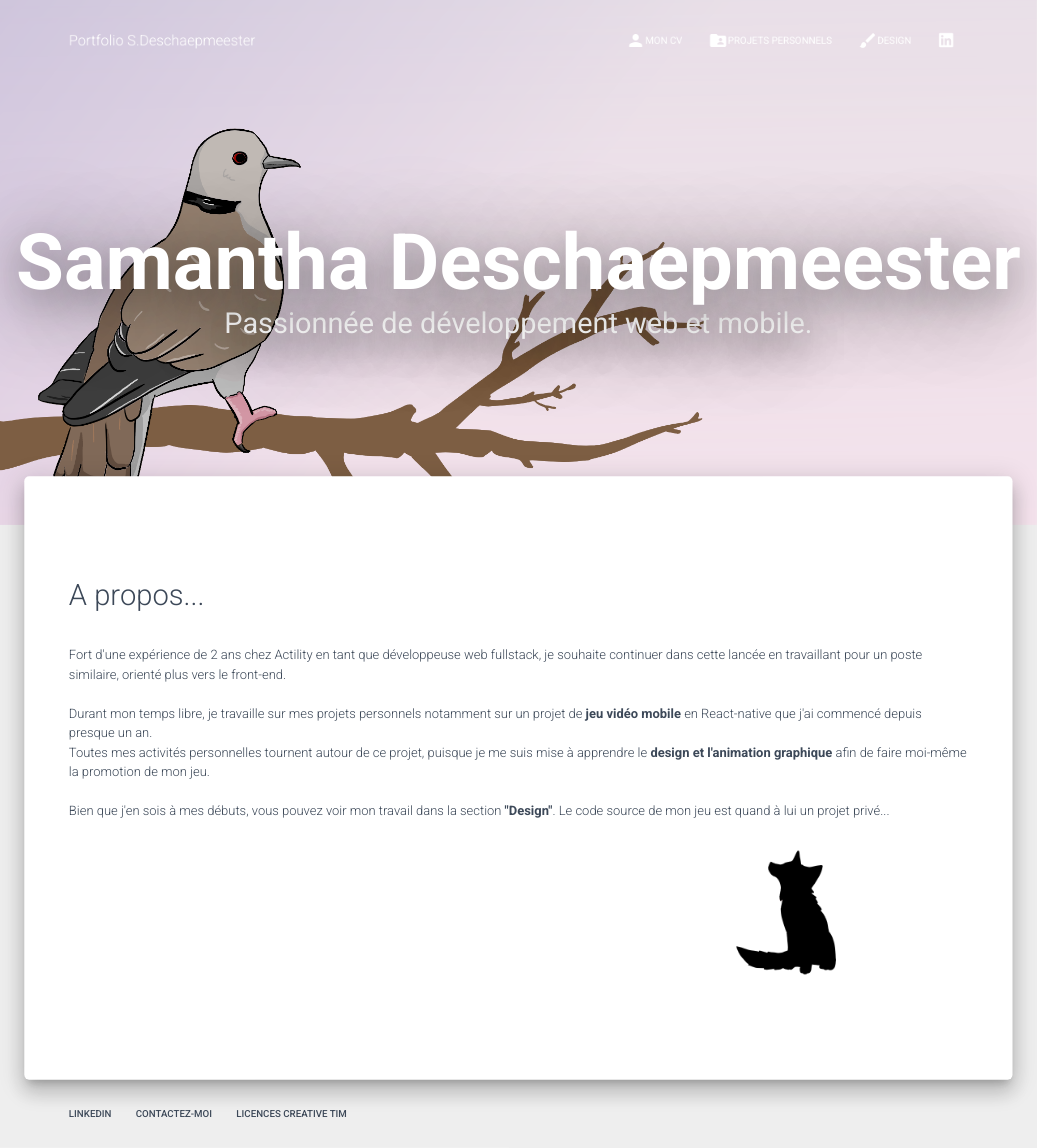
Repository: sdeschaepmeester/NewPortfolio
Page: /
An editor plug-in stored every save of this project. The page is shown before and after a run of saves, followed by the edit.
The browser window is 1280 px wide. The pictures show the whole page, at 81% of full size.
Some web libraries are served in a nearby version. The project was rebuilt for these pictures with package versions that can differ from the ones it lists, and the page was loaded fresh each time. Also part of the build but not shown: vue.config.js, src/views/components/NavigationSection.vue, src/views/components/SmallNavigationSection.vue, src/components/Dropdown.vue, src/components/Pagination.vue, src/components/Slider.vue, src/components/Badge.vue, src/components/cards/NavTabsCard.vue and 11 more.

Above is the page before, as saved 2022-07-06 10:59:08.

After the next 2 saves:
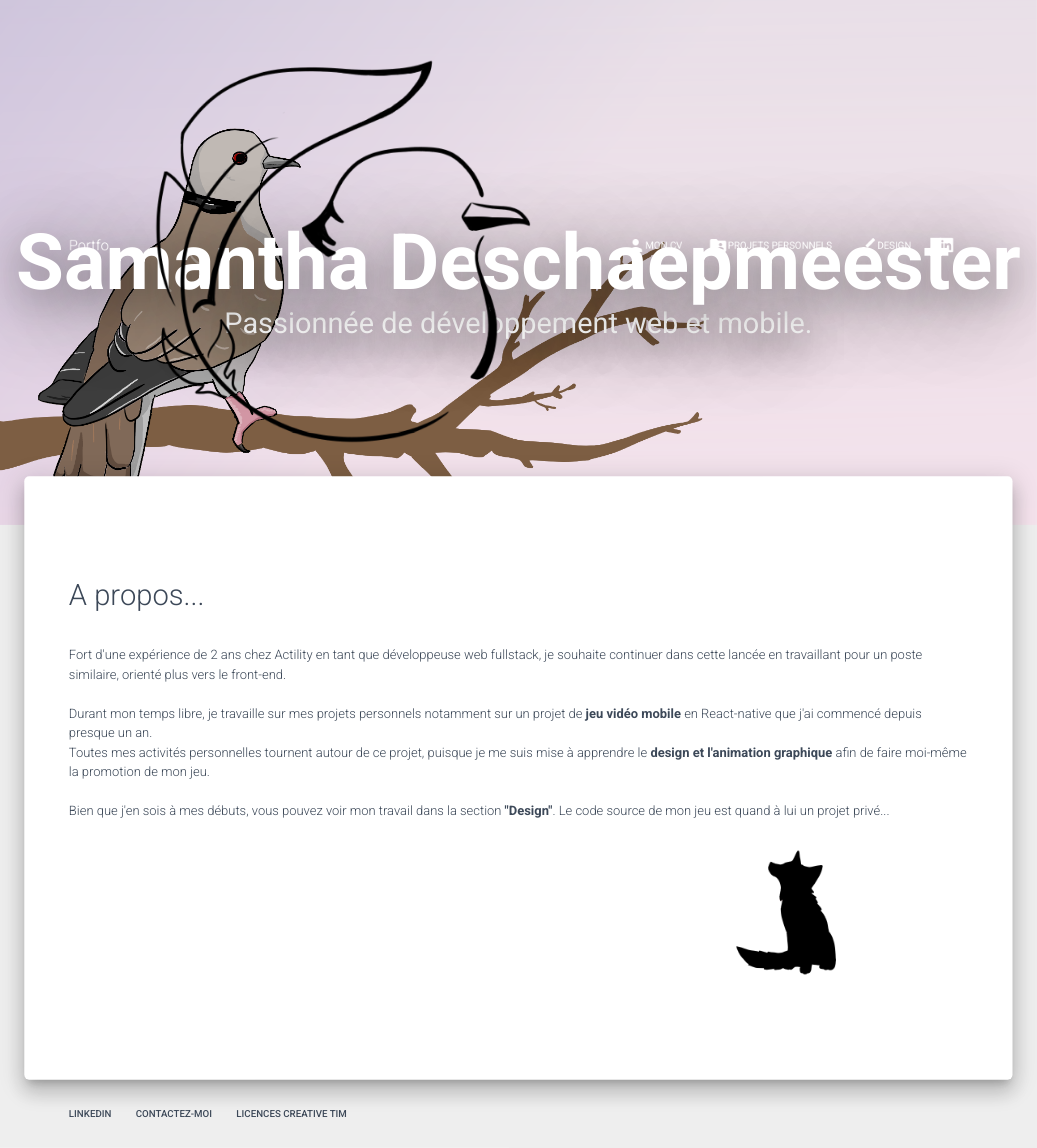
The 2 saves are shown as one change because 1 did not build or start.
The last was saved 5 h 42 min later.
--- a/src/layout/MainNavbar.vue
+++ b/src/layout/MainNavbar.vue
@@ -9,6 +9,7 @@
     <div class="md-toolbar-row md-collapse-lateral">
       <div class="md-toolbar-section-start">
         <h3 class="md-title">Portfolio S.Deschaepmeester</h3>
+         <img src="../assets/img/logo-simple.png" />
       </div>
       <div class="md-toolbar-section-end">
         <md-button
